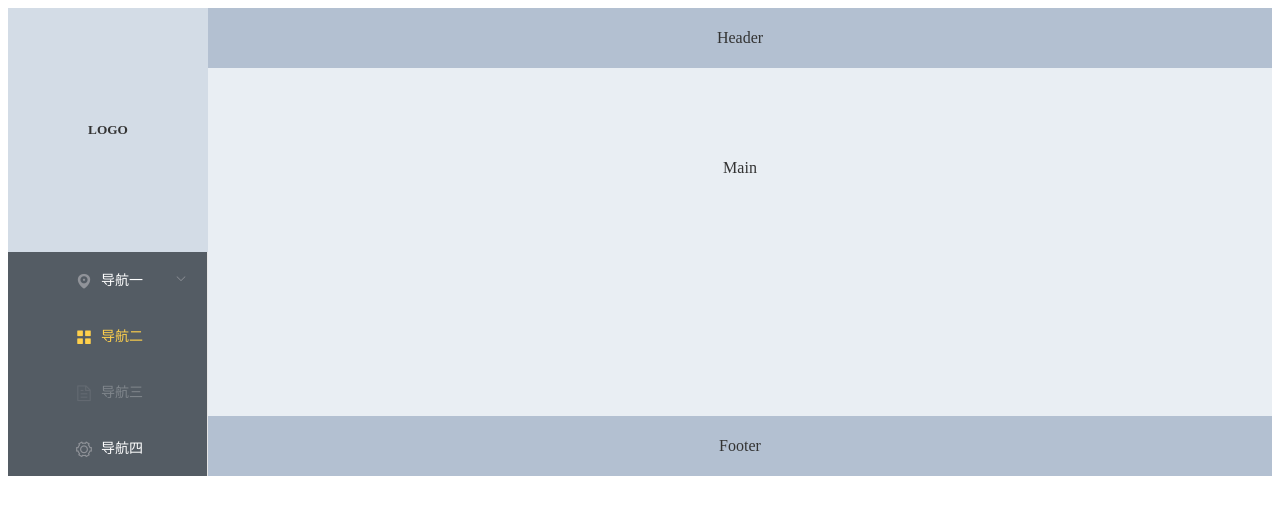
Repository: 960519152/elementui-demo-byf
Page: /
An editor plug-in stored every save of this project. The page is shown before and after the next save, followed by the edit.
The browser window is 1280 px wide. The pictures show the whole page.
The project was rebuilt for these pictures with package versions that can differ from the ones it lists, and the page was loaded fresh each time.

Above is the page before, as saved 2019-05-13 14:26:22.

After the next save:
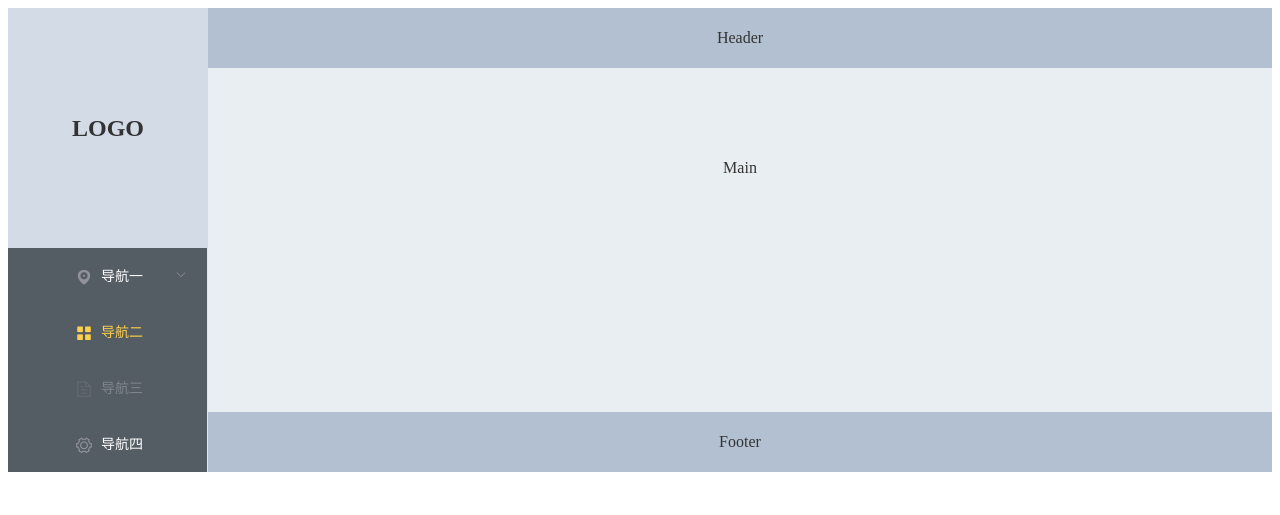
Saved 87 min 37 s later.
--- a/src/App.vue
+++ b/src/App.vue
@@ -4,7 +4,7 @@
       <el-aside width="200px">
         <el-row class="tac">
           <el-col :span="24">
-            <h5>LOGO</h5>
+            <h2>LOGO</h2>
             <el-menu default-active="2" class="el-menu-vertical-demo" @open="handleOpen" @close="handleClose"
               background-color="#545c64" text-color="#fff" active-text-color="#ffd04b">
               <el-submenu index="1">
